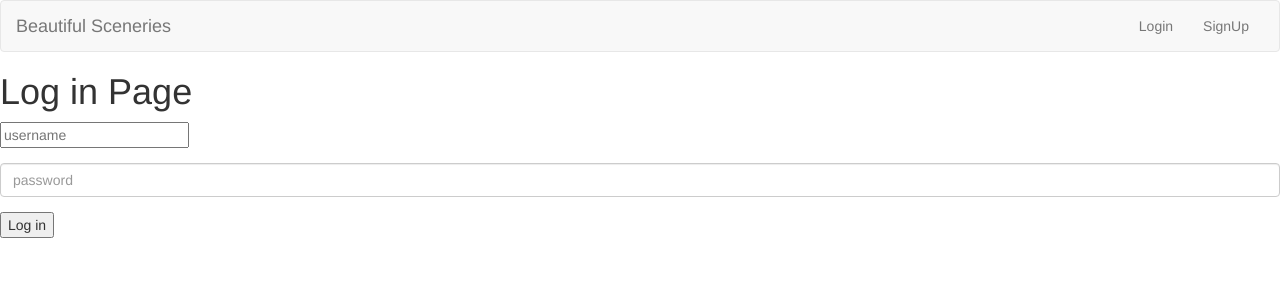
Repository: sameer1994/awesome-sceneries
Page: http://localhost/login
The author's editor kept a record of every edit. The page is drawn from the files as they stood at one moment, then again after the next edit.
The browser window is 1280 px wide. The pictures show the whole page.
The page is served by the project's Node server (camps/app.js).

Above is the page before.

After the next edit:
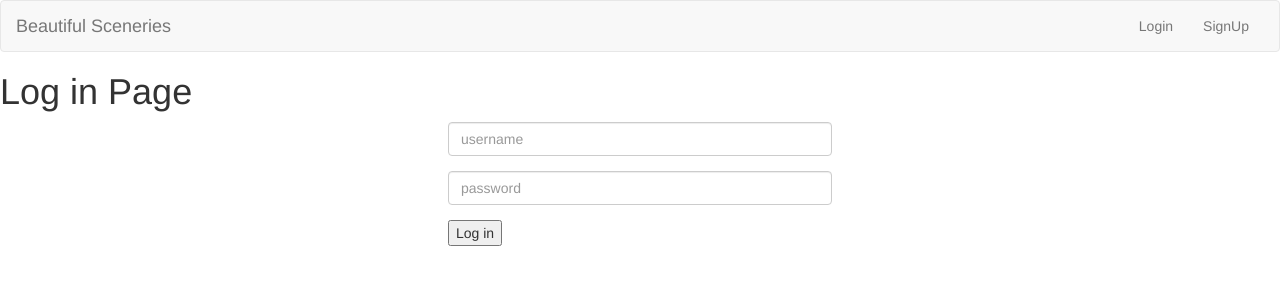
The edit:
--- a/camps/views/login.ejs
+++ b/camps/views/login.ejs
@@ -1,8 +1,9 @@
 <% include ./partials/header%>
 <h1>Log in Page</h1>
 <form action="/login" method="post">
+<div style="width:30%; margin:0 auto;">
 <div class="form-group">
-    <input type="text" name="username" placeholder="username">
+    <input class="form-control" type="text" name="username" placeholder="username">
 </div>
 <div class="form-group">
 <input class="form-control" type="password" name="password" placeholder="password">
